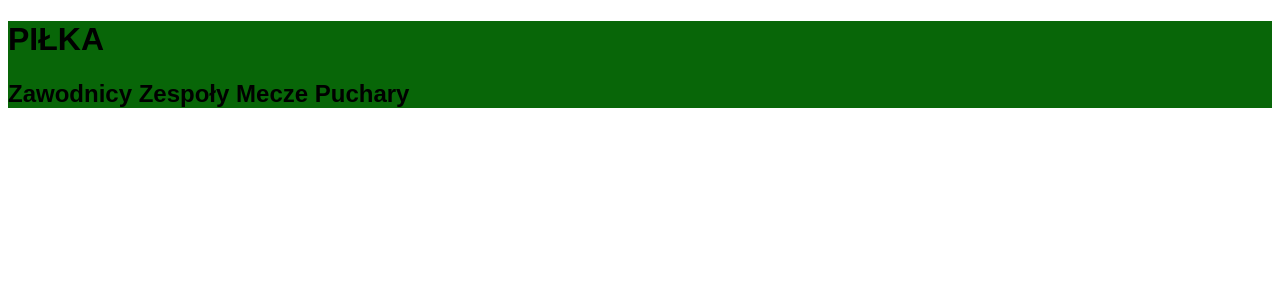
Repository: ZABA78/PAZW
Page: index.html
These files come from the project's save history. The page is drawn as it stood at one moment and after a run of saves; the edit follows.
The browser window is 1280 px wide. The pictures show the whole page.
Some web fonts or font styles are not loaded; a fallback is used.

Above is the page before, as saved 2023-10-17 13:56:37.

After the next 2 saves:
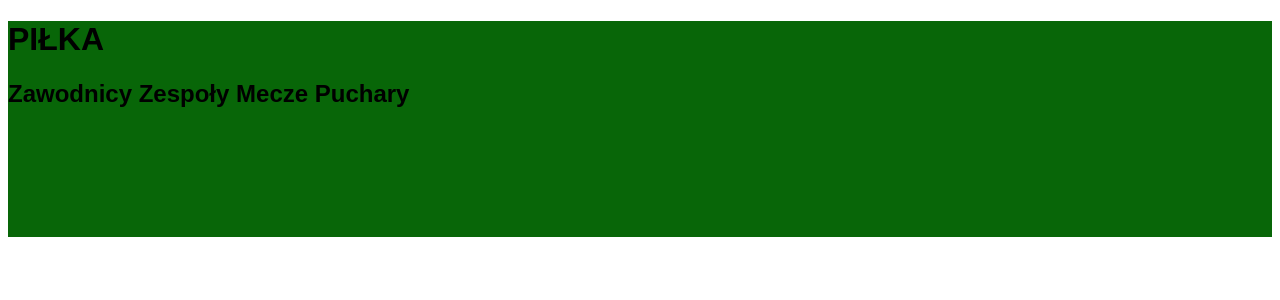
The 2 saves are shown as one change because they came seconds apart.
The last was saved 29 s later.
--- a/style.css
+++ b/style.css
@@ -10,6 +10,7 @@
 header
 {
     background-color: rgb(8, 102, 8);
+    height: 30vh;
 
 }
 h2
